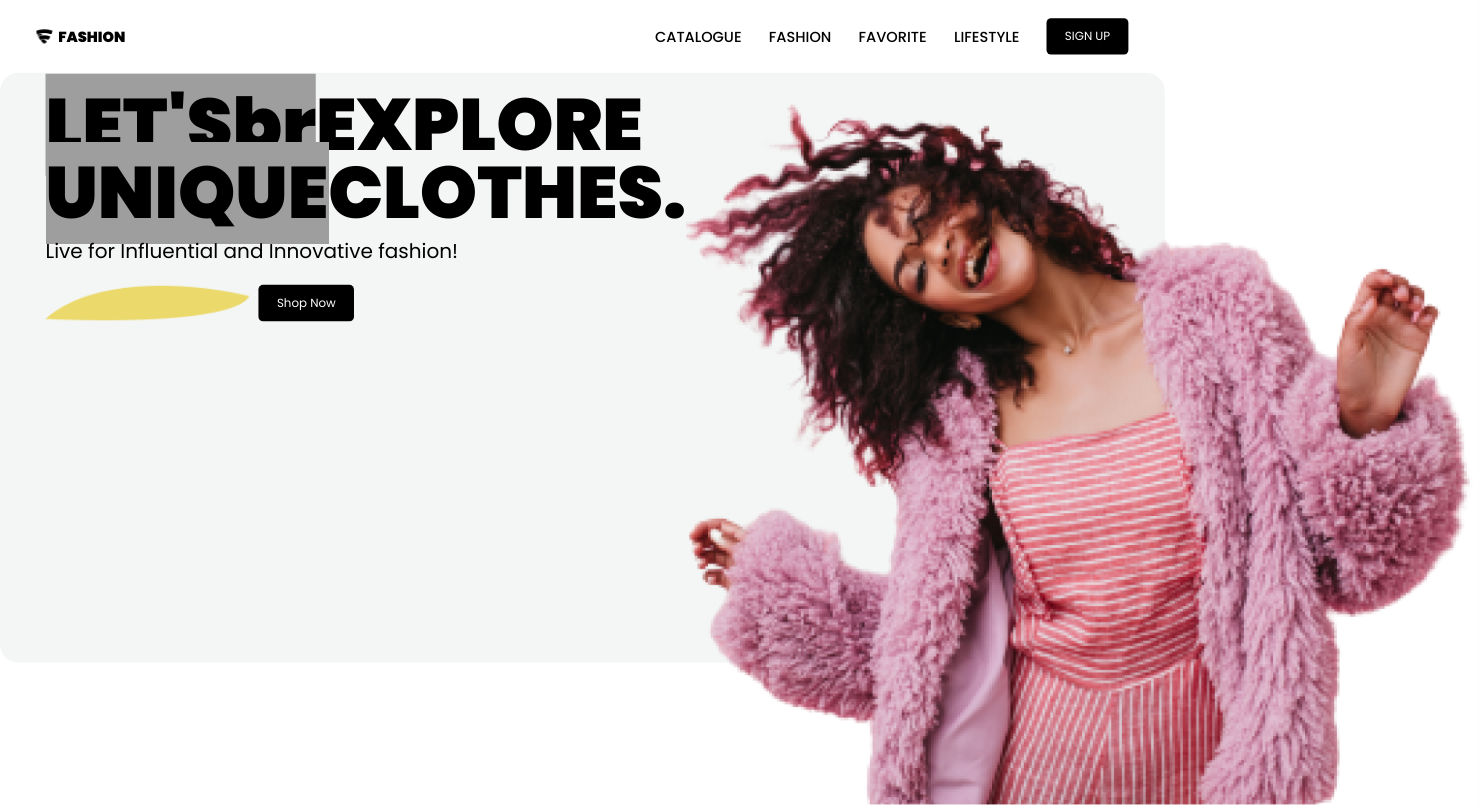
Repository: isaacCodes1/FashionSite
Page: index.html
These files come from the project's save history. The page is drawn as it stood at one moment and after the next save; the edit follows.
The browser window is 1280 px wide. The page is 1625 px wide, so the pictures cover 1625 px, including what lies to the right of the window. The pictures show the whole page, at 91% of full size.
Pictures or frames that could not be fetched are drawn as grey boxes.

Above is the page before, as saved 2024-03-11 16:39:13.

### index.html
<!DOCTYPE html>
<html lang="en">
  <head>
    <meta charset="UTF-8" />
    <meta name="viewport" content="width=device-width, initial-scale=1.0" />
    <title>Shopping Site Assignment</title>
    <link rel="stylesheet" href="style.css">
  </head>
  <body>
    <header>
      <nav>
        <div class="image">
          <a href="#"><img src="/Assets/Vector.png" />FASHION</a>
        </div>
        <div class="navItems">
          <ul>
            <li><a href="#">CATALOGUE</a></li>
            <li><a href="#">FASHION</a></li>
            <li><a href="#">FAVORITE</a></li>
            <li><a href="#">LIFESTYLE</a></li>
          </ul>
          <button>SIGN UP</button>
        </div>
      </nav>
    </header>
    <main>
      <section class="firstPageCont">
        <div class="FirstPage">
          <div class="txtCont">
            <h1>
              <span class="spn1">LET'Sbr</span>EXPLORE
              <span class="spn2">UNIQUE</span>CLOTHES.
            </h1>
            <p>Live for Influential and Innovative fashion!</p>
            <div class="txtBtn">
              <img src="/Assets/Vector 9.png" alt="" />
              <button class="btns">Shop Now</button>
            </div>
          </div>
          <div class="imgCont">
            <img src="/Assets/girl.png" alt="" />
          </div>
        </div>
      </section>
    </main>
  </body>
</html>

### style.css
@import url("https://fonts.googleapis.com/css2?family=Poppins:ital,wght@0,100;0,200;0,300;0,400;0,500;0,600;0,700;0,800;0,900;1,100;1,200;1,300;1,400;1,500;1,600;1,700;1,800;1,900&display=swap");
* {
  margin: 0;
  padding: 0;
  box-sizing: border-box;
  font-family: "Poppins", sans-serif;
}
nav {
  display: flex;
  align-items: center;
  justify-content: space-between;
  width: 100%;
  padding: 20px 40px;
}
.image a {
  display: flex;
  align-items: center;
  gap: 6px;
  text-decoration: none;
  color: #000;
  font-size: 16px;
  font-weight: 900;
}
.image a img{
    width: 16%;
}
.navItems{
    display: flex;
    gap: 30px;
    align-items: center;
}
.navItems ul{
    display: flex;
    gap: 30px;
    list-style: none;
}
.navItems ul li a{
    text-decoration: none;
    color: #000;
    font-size: 16px;
    font-weight: 500;
}
.navItems li:hover{
    transform: scale(1.05);
    transition: 1s ease-in-out;
}
.navItems button{
    border: 0;
    background: #000;
    padding: 10px 20px;
    color: #fff;
    border-radius: 5px;
    font-size: 13px;
}
.navItems button:hover{
    transform: scale(1.05);
    transition: 1s ease-in-out;
    color: #000;
    background: rgb(137, 136, 136);
}
/* firstPageCtn */
.FirstPage {
    display: flex;
    flex: 1;
    width: 100%;
    height: 90vh;
    padding: 20px 10px 0px 10px;
    border-radius: 20px;
    background: #f4f6f5;
}
.txtCont {
    display: flex;
    flex: 0.5;
    flex-direction: column;
    gap: 10px;
    padding-left: 40px;
}
.txtCont h1{
    font-size: 80px;
    font-weight: 900;
    width: 50%;
    line-height: 75px;
}
.txtCont p{
    font-size: 22px;
}
.txtBtn{
    display: flex;
    align-items: center;
    width: 80%;
    margin-top: 10px;
    gap: 10px;
}
.btns{
    border: 0;
    background: #000;
    padding: 10px 20px;
    color: #fff;
    border-radius: 5px;
    font-size: 13px;
}
.btns:hover{
    transform: scale(1.05);
    transition: 1s ease-in-out;
    color: #000;
    background: rgb(137, 136, 136);
}
.txtBtn img{
    flex: 0.5;
    display: flex;
}
.spn1{
    background-image: url(/Assets/Rectangle\ 3.png);
    background-size: cover;
}
.spn2{
    background-image: url(/Assets/Rectangle\ 6.png);
}

After the next save:
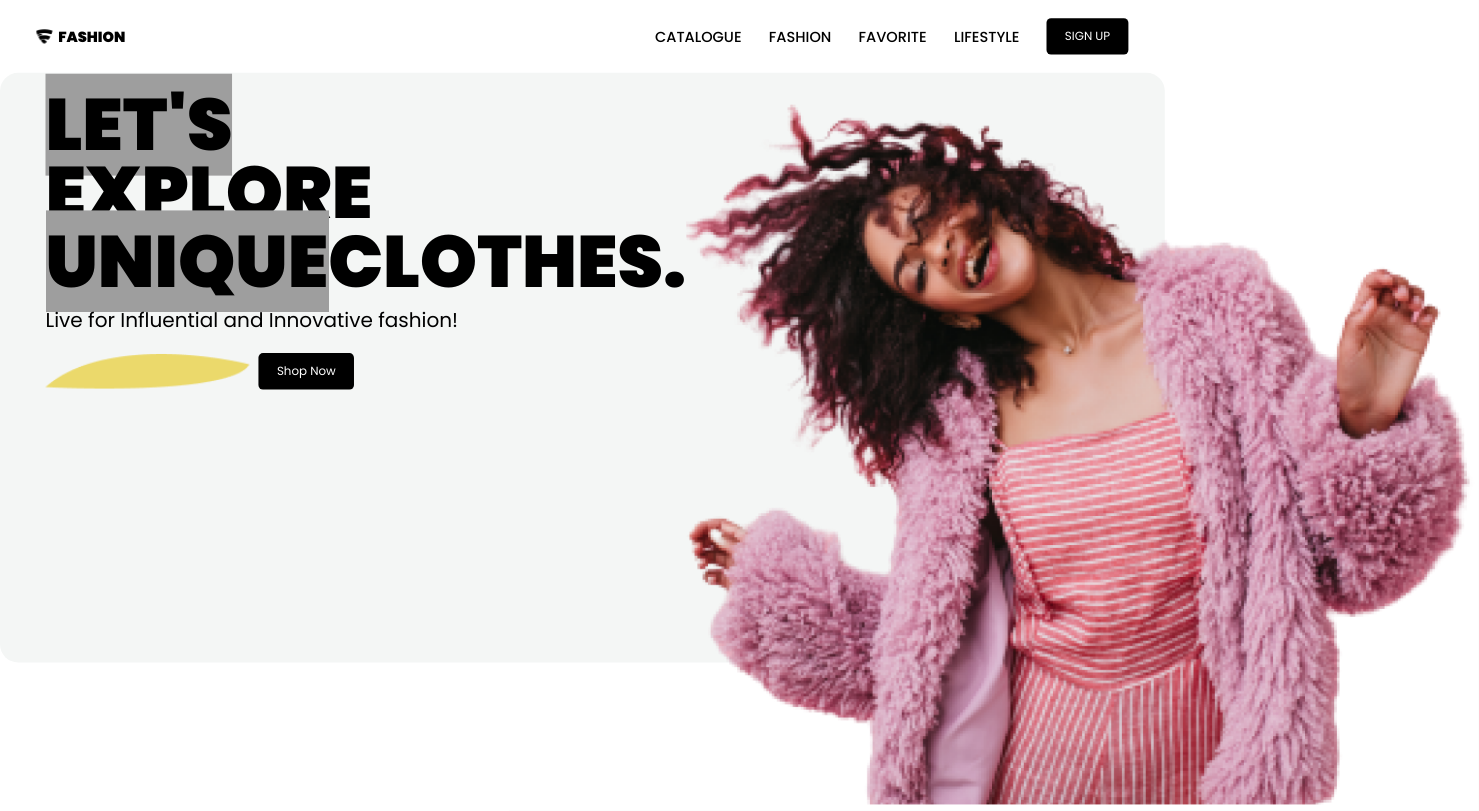
Saved 4 s later.
--- a/index.html
+++ b/index.html
@@ -28,7 +28,7 @@
         <div class="FirstPage">
           <div class="txtCont">
             <h1>
-              <span class="spn1">LET'Sbr</span>EXPLORE
+              <span class="spn1">LET'S <br></span>EXPLORE
               <span class="spn2">UNIQUE</span>CLOTHES.
             </h1>
             <p>Live for Influential and Innovative fashion!</p>
